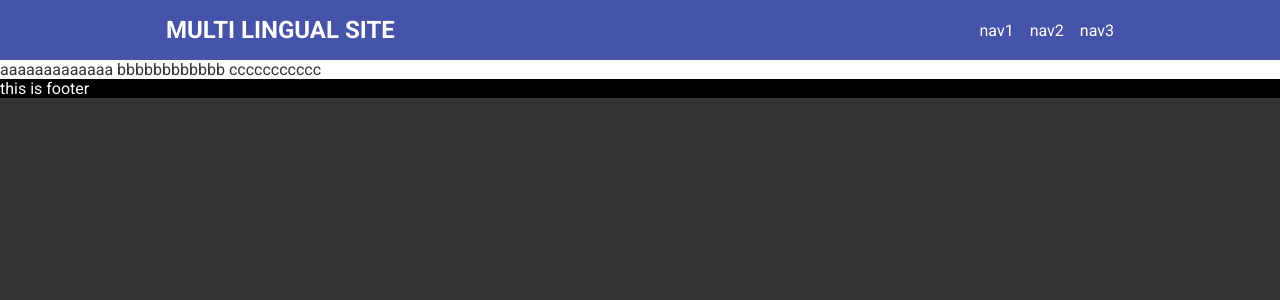
Repository: ksbsh27/multi_lingual
Page: index.html
The author's editor kept a copy of each file at every save. The page is drawn from the files as they stood at one save, then again after a run of saves.
The browser window is 1280 px wide. The pictures show the whole page.
The style sheet was rebuilt from its Sass, Less or Tailwind sources for each picture, by a compiler version that may differ from the author's.

Above is the page before, as saved 2022-03-31 20:52:38.

After the next 2 saves:
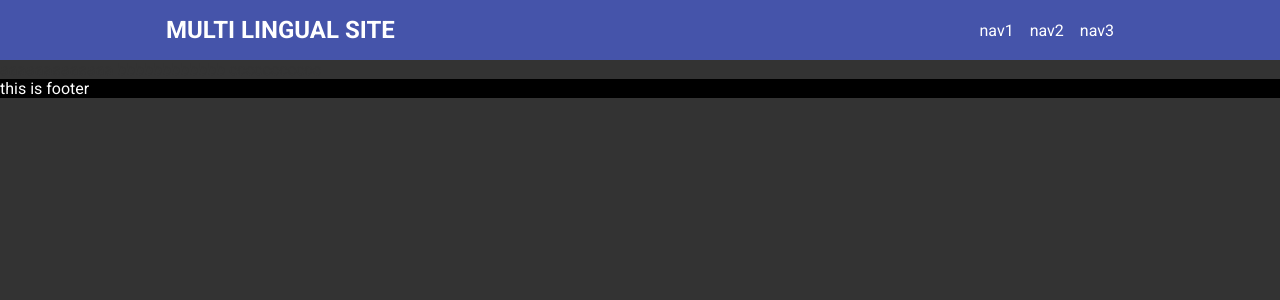
The 2 saves are shown as one change because they came seconds apart.
The last was saved 3 min 3 s later.
--- a/index.html
+++ b/index.html
@@ -18,11 +18,11 @@
             </ul>
         </nav>
     </header>
-    <section>
+    <main>
         aaaaaaaaaaaaa
         bbbbbbbbbbbb
         ccccccccccc
-    </section>
+    </main>
     <footer>this is footer</footer>
 </body>
 </html>

After the save that followed:
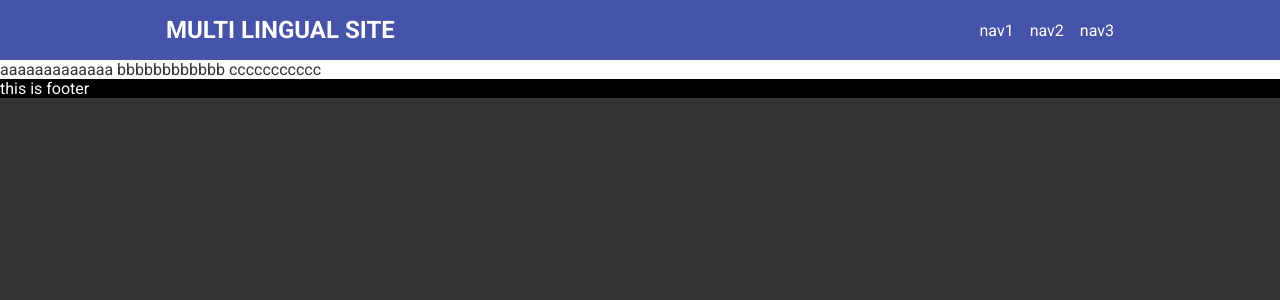
Saved 5 s later.
--- a/sass/style.scss
+++ b/sass/style.scss
@@ -14,6 +14,6 @@
   font-family: "roboto";
 }
 
-section {
+main {
   background: #fff;
 }
